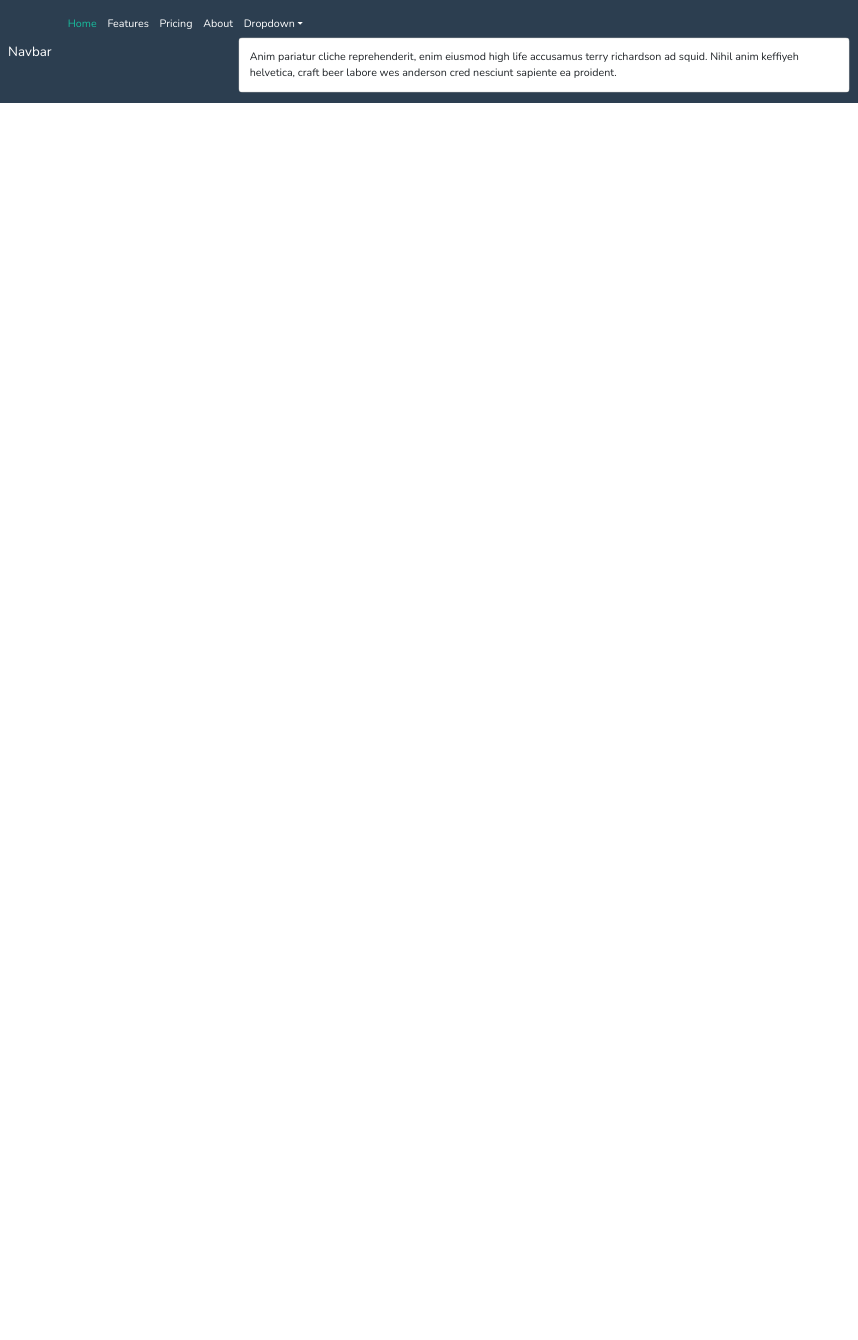
Repository: WaiMaungMaung/Mgr-site
Page: http://localhost/
An editor plug-in stored every save of this project. The page is shown before and after the next save, followed by the edit.
The browser window is 1280 px wide. The pictures show the whole page, at 67% of full size.
The page is served by the project's Laravel application, run on PHP 8.4 with Laravel 9.

Above is the page before, as saved 2022-04-05 16:59:12.

After the next save:
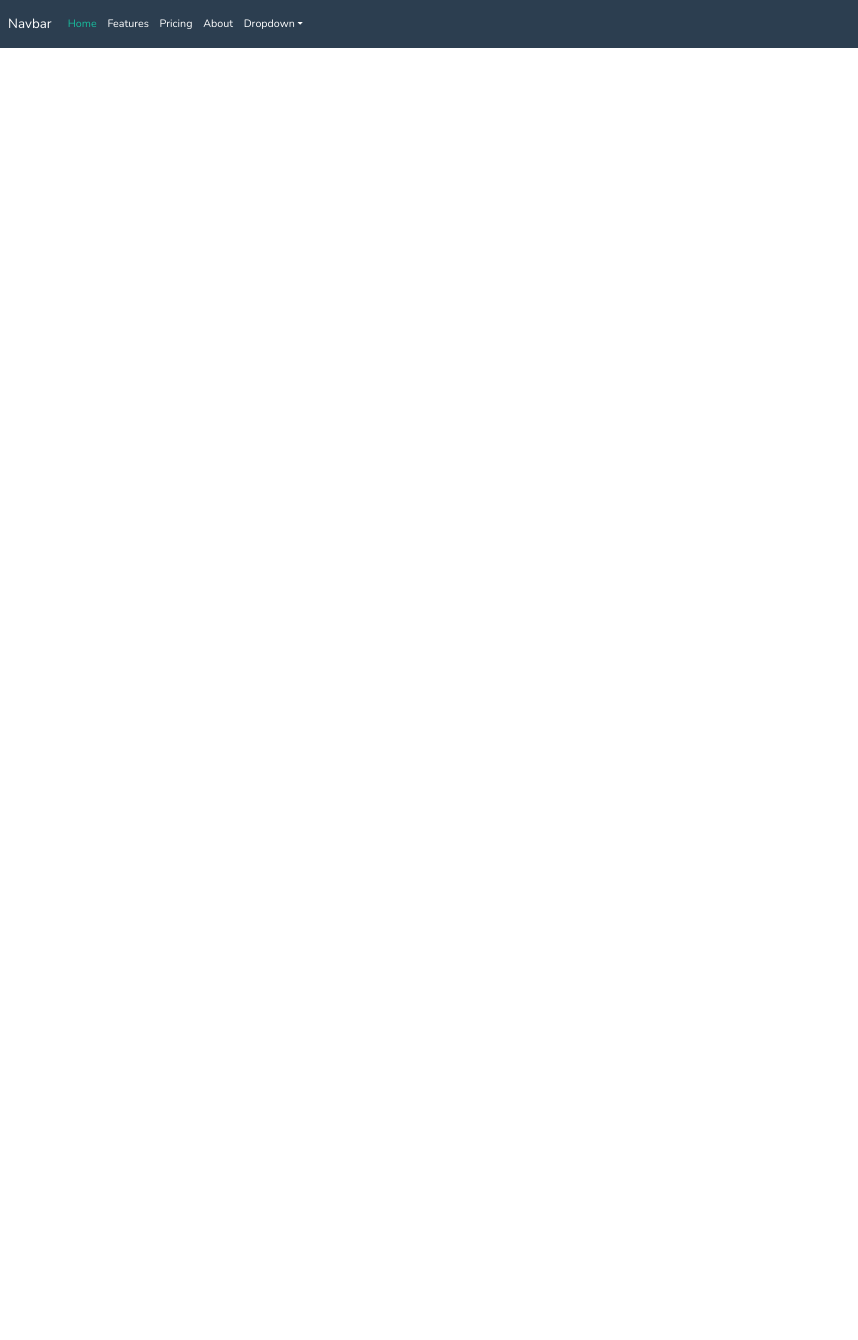
Saved 8 s later.
--- a/resources/views/welcome.blade.php
+++ b/resources/views/welcome.blade.php
@@ -35,7 +35,7 @@
                             <a class="dropdown-item" href="#">Separated link</a>
                         </div>
 
-                        <div id="collapseExample">
+                        <div class="collapse" id="collapseExample">
                             <div class="card card-body">
                                 Anim pariatur cliche reprehenderit, enim eiusmod high life accusamus terry richardson ad
                                 squid. Nihil anim keffiyeh helvetica, craft beer labore wes anderson cred nesciunt
